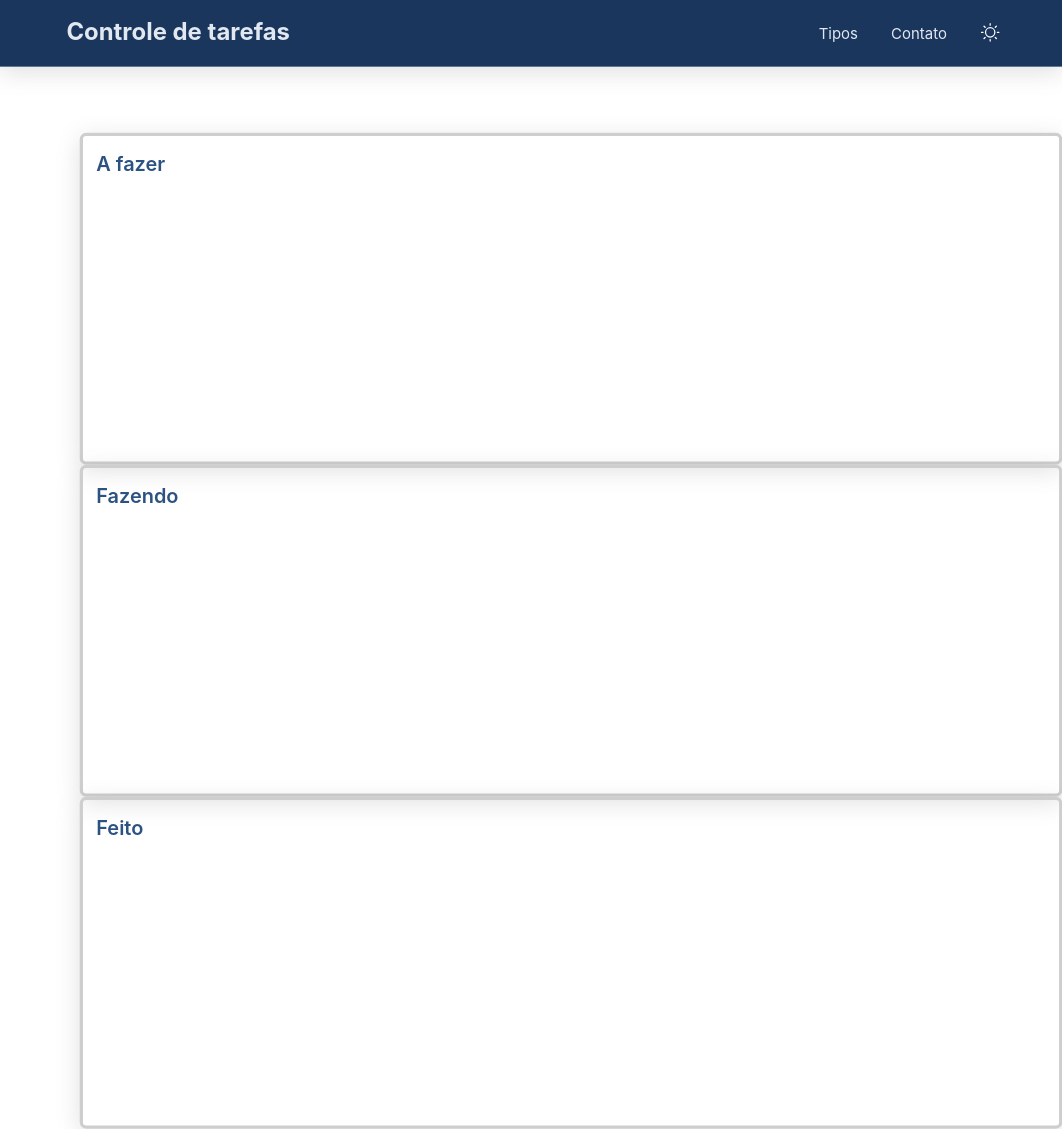
Repository: leosulzbach/Hackaton-Relampago
Page: /home (app in Front/)
An editor plug-in stored every save of this project. The page is shown before and after the next save, followed by the edit.
The browser window is 1280 px wide. The pictures show the whole page, at 83% of full size.
The page's requests for data from a server got no answer. The project was rebuilt for these pictures with package versions that can differ from the ones it lists, and the page was loaded fresh each time. No one was signed in, and anything a server would have sent is missing. Also part of the build but not shown: Front/vite.config.ts, Front/src/Components/Cards/CadInfo.styles.ts, Front/src/Components/Cards/CardInfo.tsx, Front/src/Components/Cards/Cards.styles.ts, Front/src/Components/Cards/Card.tsx.

Above is the page before, as saved 2022-11-07 16:40:36.

After the next save:
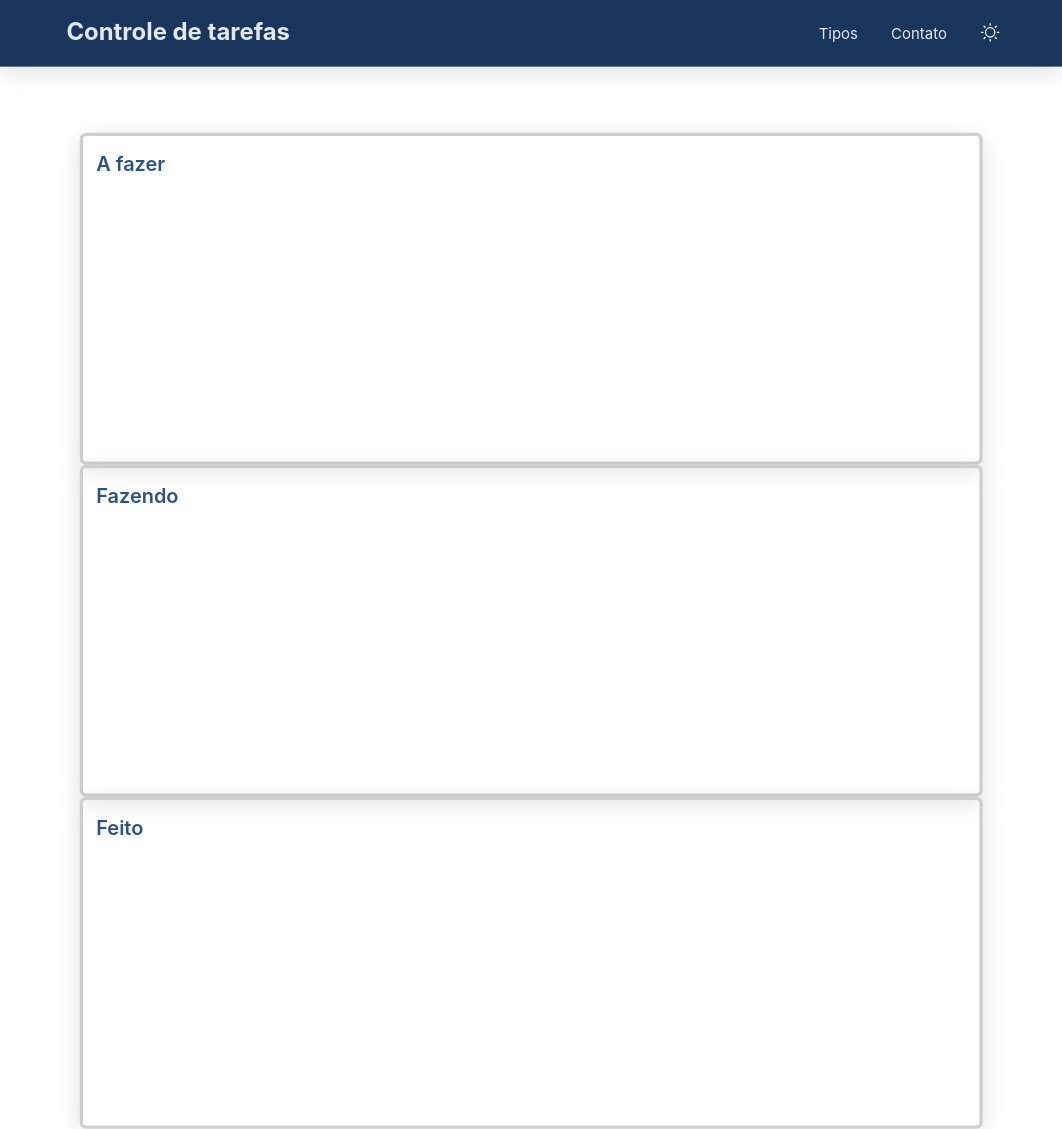
Saved 25 s later.
--- a/Front/src/Pages/home.tsx
+++ b/Front/src/Pages/home.tsx
@@ -40,6 +40,7 @@ export const Home = () => {
             <Flex
                 direction={"column"}
                 ml={"6rem"}
+                mr={"6rem"}
                 mt={"10rem"}
                 alignItems={"center"}
                 width='100%'
